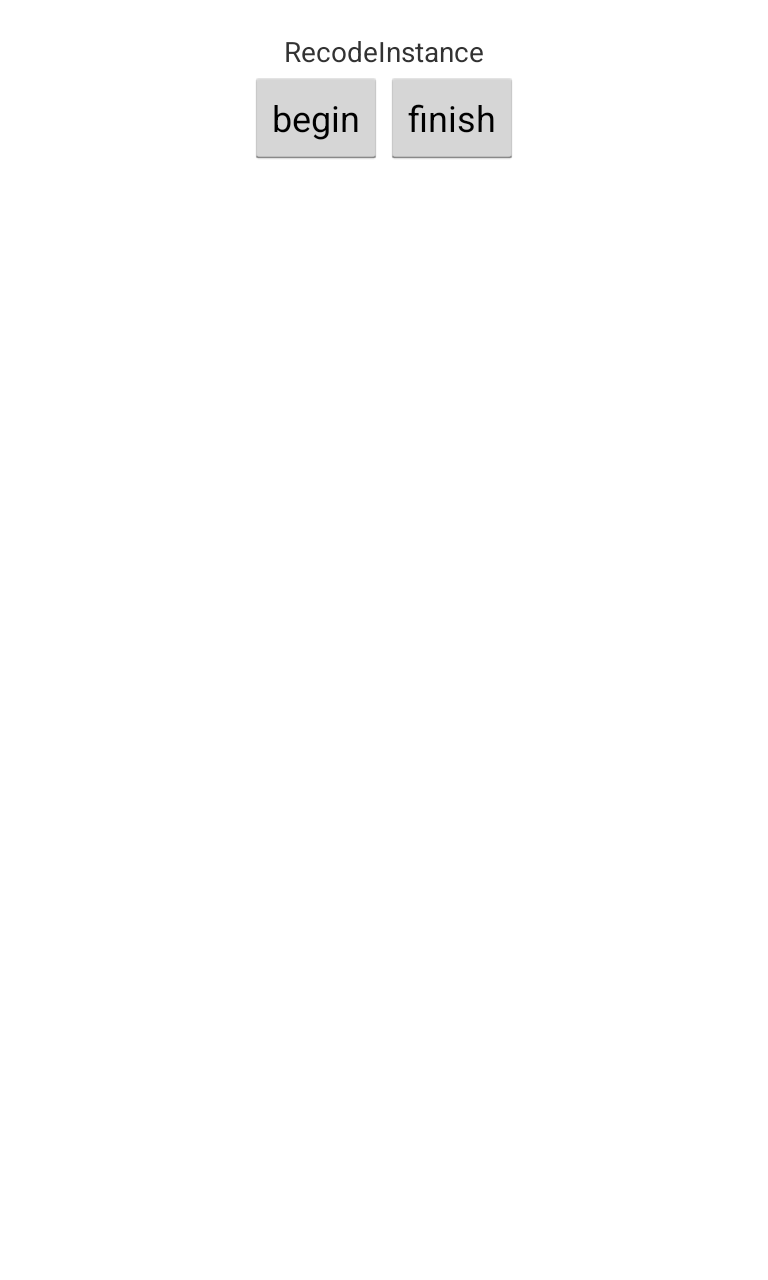
Repository: ShigerD/AndroidSample
Layout: Sample/Sample13/Sample13_5/Recode/res/layout/activity_main.xml
An editor plug-in stored every save of this project. The layout is shown before and after the next save, followed by the edit.
It is drawn on a 768 x 1280 px phone screen (xhdpi) without system bars, with theme AppTheme; the app's code is not run.

Above is the layout before, as saved 2016-08-18 07:35:02.

After the next save:
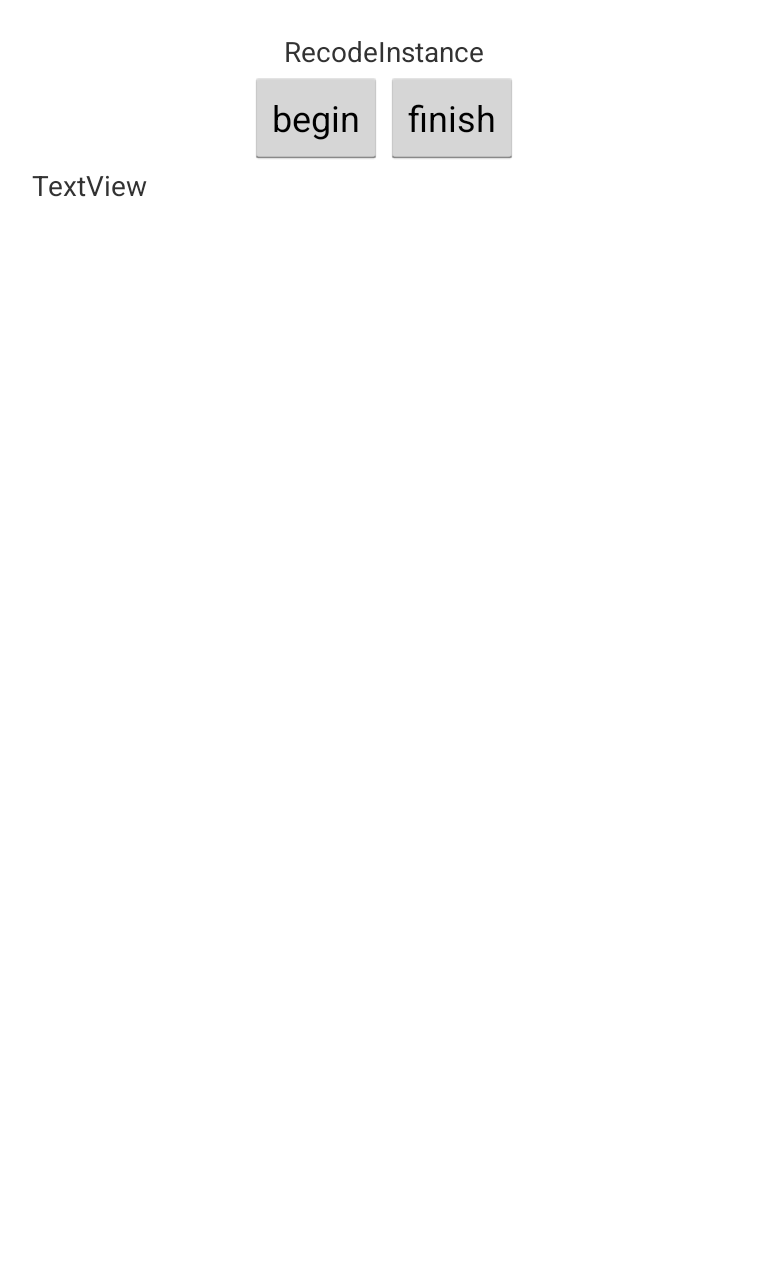
Saved 5 min 8 s later.
--- a/Sample/Sample13/Sample13_5/Recode/res/layout/activity_main.xml
+++ b/Sample/Sample13/Sample13_5/Recode/res/layout/activity_main.xml
@@ -2,6 +2,7 @@
     xmlns:tools="http://schemas.android.com/tools"
     android:layout_width="match_parent"
     android:layout_height="match_parent"
+    android:layout_gravity="center"
     android:paddingBottom="@dimen/activity_vertical_margin"
     android:paddingLeft="@dimen/activity_horizontal_margin"
     android:paddingRight="@dimen/activity_horizontal_margin"
@@ -40,6 +41,21 @@
 
         </LinearLayout>
 
+        <LinearLayout
+            android:layout_width="match_parent"
+            android:layout_height="wrap_content"
+            android:layout_gravity="center_horizontal"
+           >
+
+            <TextView
+                android:id="@+id/textView1"
+                android:layout_width="wrap_content"
+                android:layout_height="wrap_content"
+                android:layout_gravity="center_horizontal"
+                android:text="TextView" />
+
+        </LinearLayout>
+
     </LinearLayout>
 
 </RelativeLayout>
